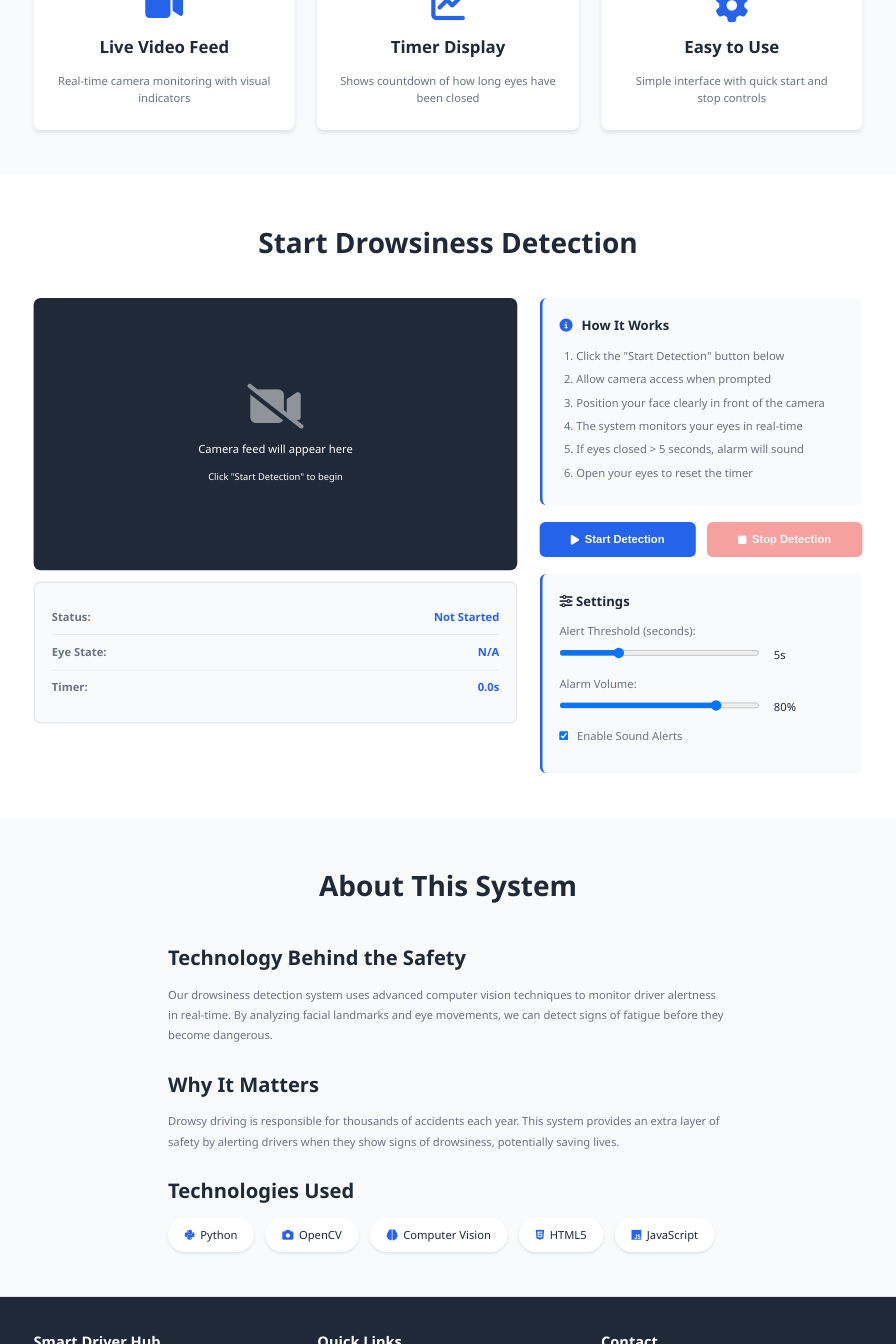
Repository: shravanramakunja/drowsy-detector
Page: web/index.html
The author's editor kept a copy of each file at every save. The page is drawn from the files as they stood at one save, then again after the next save.
The browser window is 1280 px wide. The pictures show the part of the page from y = 1034 to 2954 px (the page is 3192 px tall before and 3507 px after), at 70% of full size.

Above is the page before, as saved 2025-10-15 21:36:32.

### web/index.html
<!DOCTYPE html>
<html lang="en">
<head>
    <meta charset="UTF-8">
    <meta name="viewport" content="width=device-width, initial-scale=1.0">
    <title>Smart Driver Hub - Drowsiness Detection</title>
    <link rel="stylesheet" href="styles.css">
    <link rel="stylesheet" href="https://cdnjs.cloudflare.com/ajax/libs/font-awesome/6.4.0/css/all.min.css">
</head>
<body>
    <div class="container">
        <!-- Header -->
        <header class="header">
            <div class="logo">
                <i class="fas fa-car"></i>
                <h1>Smart Driver Hub</h1>
            </div>
            <nav class="nav">
                <a href="#home" class="nav-link active">Home</a>
                <a href="#features" class="nav-link">Features</a>
                <a href="#detection" class="nav-link">Detection</a>
                <a href="#about" class="nav-link">About</a>
            </nav>
        </header>

        <!-- Hero Section -->
        <section id="home" class="hero">
            <div class="hero-content">
                <h2 class="hero-title">Drive Safe, Stay Alert</h2>
                <p class="hero-subtitle">Real-time drowsiness detection system to keep you safe on the road</p>
                <div class="hero-stats">
                    <div class="stat">
                        <i class="fas fa-shield-alt"></i>
                        <h3>100%</h3>
                        <p>Safety First</p>
                    </div>
                    <div class="stat">
                        <i class="fas fa-clock"></i>
                        <h3>Real-time</h3>
                        <p>Detection</p>
                    </div>
                    <div class="stat">
                        <i class="fas fa-bell"></i>
                        <h3>Instant</h3>
                        <p>Alerts</p>
                    </div>
                </div>
            </div>
        </section>

        <!-- Features Section -->
        <section id="features" class="features">
            <h2 class="section-title">Key Features</h2>
            <div class="features-grid">
                <div class="feature-card">
                    <i class="fas fa-eye"></i>
                    <h3>Eye Tracking</h3>
                    <p>Advanced eye detection using OpenCV to monitor your alertness</p>
                </div>
                <div class="feature-card">
                    <i class="fas fa-stopwatch"></i>
                    <h3>5-Second Detection</h3>
                    <p>Triggers alarm if eyes are closed for more than 5 seconds</p>
                </div>
                <div class="feature-card">
                    <i class="fas fa-volume-up"></i>
                    <h3>Audio Alerts</h3>
                    <p>Loud alarm sound to wake you up immediately</p>
                </div>
                <div class="feature-card">
                    <i class="fas fa-video"></i>
                    <h3>Live Video Feed</h3>
                    <p>Real-time camera monitoring with visual indicators</p>
                </div>
                <div class="feature-card">
                    <i class="fas fa-chart-line"></i>
                    <h3>Timer Display</h3>
                    <p>Shows countdown of how long eyes have been closed</p>
                </div>
                <div class="feature-card">
                    <i class="fas fa-cog"></i>
                    <h3>Easy to Use</h3>
                    <p>Simple interface with quick start and stop controls</p>
                </div>
            </div>
        </section>

        <!-- Detection Section -->
        <section id="detection" class="detection">
            <h2 class="section-title">Start Drowsiness Detection</h2>
            <div class="detection-container">
                <div class="video-section">
                    <div class="video-placeholder" id="videoPlaceholder">
                        <i class="fas fa-video-slash"></i>
                        <p>Camera feed will appear here</p>
                        <small>Click "Start Detection" to begin</small>
                    </div>
                    <div class="status-panel">
                        <div class="status-item">
                            <span class="status-label">Status:</span>
                            <span class="status-value" id="statusValue">Not Started</span>
                        </div>
                        <div class="status-item">
                            <span class="status-label">Eye State:</span>
                            <span class="status-value" id="eyeState">N/A</span>
                        </div>
                        <div class="status-item">
                            <span class="status-label">Timer:</span>
                            <span class="status-value" id="timerValue">0.0s</span>
                        </div>
                    </div>
                </div>

                <div class="control-section">
                    <div class="info-box">
                        <h3><i class="fas fa-info-circle"></i> How It Works</h3>
                        <ol>
                            <li>Click the "Start Detection" button below</li>
                            <li>Allow camera access when prompted</li>
                            <li>Position your face clearly in front of the camera</li>
                            <li>The system monitors your eyes in real-time</li>
                            <li>If eyes closed &gt; 5 seconds, alarm will sound</li>
                            <li>Open your eyes to reset the timer</li>
                        </ol>
                    </div>

                    <div class="button-group">
                        <button class="btn btn-primary" id="startBtn" onclick="startDetection()">
                            <i class="fas fa-play"></i> Start Detection
                        </button>
                        <button class="btn btn-danger" id="stopBtn" onclick="stopDetection()" disabled>
                            <i class="fas fa-stop"></i> Stop Detection
                        </button>
                    </div>

                    <div class="settings-box">
                        <h3><i class="fas fa-sliders-h"></i> Settings</h3>
                        <div class="setting-item">
                            <label for="thresholdSlider">Alert Threshold (seconds):</label>
                            <input type="range" id="thresholdSlider" min="3" max="10" value="5" step="1">
                            <span id="thresholdValue">5</span>s
                        </div>
                        <div class="setting-item">
                            <label for="volumeSlider">Alarm Volume:</label>
                            <input type="range" id="volumeSlider" min="0" max="100" value="80" step="10">
                            <span id="volumeValue">80</span>%
                        </div>
                        <div class="setting-item">
                            <label>
                                <input type="checkbox" id="soundToggle" checked>
                                Enable Sound Alerts
                            </label>
                        </div>
                    </div>

                    <div class="alert-box" id="alertBox" style="display: none;">
                        <i class="fas fa-exclamation-triangle"></i>
                        <strong>DROWSINESS ALERT!</strong>
                        <p>Wake up! Your eyes have been closed too long.</p>
                    </div>
                </div>
            </div>
        </section>

        <!-- About Section -->
        <section id="about" class="about">
            <h2 class="section-title">About This System</h2>
            <div class="about-content">
                <div class="about-text">
                    <h3>Technology Behind the Safety</h3>
                    <p>Our drowsiness detection system uses advanced computer vision techniques to monitor driver alertness in real-time. By analyzing facial landmarks and eye movements, we can detect signs of fatigue before they become dangerous.</p>

                    <h3>Why It Matters</h3>
                    <p>Drowsy driving is responsible for thousands of accidents each year. This system provides an extra layer of safety by alerting drivers when they show signs of drowsiness, potentially saving lives.</p>

                    <h3>Technologies Used</h3>
                    <ul class="tech-list">
                        <li><i class="fab fa-python"></i> Python</li>
                        <li><i class="fas fa-camera"></i> OpenCV</li>
                        <li><i class="fas fa-brain"></i> Computer Vision</li>
                        <li><i class="fab fa-html5"></i> HTML5</li>
                        <li><i class="fab fa-js"></i> JavaScript</li>
                    </ul>
                </div>
            </div>
        </section>

        <!-- Footer -->
        <footer class="footer">
            <div class="footer-content">
                <div class="footer-section">
                    <h4>Smart Driver Hub</h4>
                    <p>Keeping drivers safe with intelligent monitoring</p>
                </div>
                <div class="footer-section">
                    <h4>Quick Links</h4>
                    <a href="#home">Home</a>
                    <a href="#features">Features</a>
                    <a href="#detection">Detection</a>
                </div>
                <div class="footer-section">
                    <h4>Contact</h4>
                    <p><i class="fas fa-envelope"></i> info@smartdriverhub.com</p>
                    <p><i class="fas fa-phone"></i> +1 234 567 8900</p>
                </div>
            </div>
            <div class="footer-bottom">
                <p>&copy; 2025 Smart Driver Hub. All rights reserved.</p>
            </div>
        </footer>
    </div>

    <script src="script.js"></script>
</body>
</html>

### web/styles.css
* {
    margin: 0;
    padding: 0;
    box-sizing: border-box;
}

:root {
    --primary-color: #2563eb;
    --secondary-color: #1e40af;
    --success-color: #10b981;
    --danger-color: #ef4444;
    --warning-color: #f59e0b;
    --dark: #1f2937;
    --light: #f9fafb;
    --gray: #6b7280;
    --border: #e5e7eb;
}

body {
    font-family: 'Segoe UI', Tahoma, Geneva, Verdana, sans-serif;
    line-height: 1.6;
    color: var(--dark);
    background: linear-gradient(135deg, #667eea 0%, #764ba2 100%);
    min-height: 100vh;
}

.container {
    max-width: 1400px;
    margin: 0 auto;
    background: white;
    box-shadow: 0 20px 60px rgba(0,0,0,0.3);
}

/* Header */
.header {
    display: flex;
    justify-content: space-between;
    align-items: center;
    padding: 1.5rem 3rem;
    background: linear-gradient(135deg, var(--primary-color), var(--secondary-color));
    color: white;
    box-shadow: 0 4px 6px rgba(0,0,0,0.1);
}

.logo {
    display: flex;
    align-items: center;
    gap: 1rem;
}

.logo i {
    font-size: 2rem;
}

.logo h1 {
    font-size: 1.8rem;
    font-weight: 700;
}

.nav {
    display: flex;
    gap: 2rem;
}

.nav-link {
    color: white;
    text-decoration: none;
    font-weight: 500;
    transition: all 0.3s;
    padding: 0.5rem 1rem;
    border-radius: 5px;
}

.nav-link:hover,
.nav-link.active {
    background: rgba(255,255,255,0.2);
}

/* Hero Section */
.hero {
    padding: 4rem 3rem;
    background: linear-gradient(135deg, #667eea 0%, #764ba2 100%);
    color: white;
    text-align: center;
}

.hero-title {
    font-size: 3rem;
    margin-bottom: 1rem;
    font-weight: 800;
}

.hero-subtitle {
    font-size: 1.3rem;
    margin-bottom: 3rem;
    opacity: 0.9;
}

.hero-stats {
    display: flex;
    justify-content: center;
    gap: 4rem;
    flex-wrap: wrap;
}

.stat {
    text-align: center;
}

.stat i {
    font-size: 3rem;
    margin-bottom: 1rem;
}

.stat h3 {
    font-size: 2rem;
    margin-bottom: 0.5rem;
}

/* Section Styles */
.section-title {
    text-align: center;
    font-size: 2.5rem;
    margin-bottom: 3rem;
    color: var(--dark);
    font-weight: 700;
}

/* Features Section */
.features {
    padding: 4rem 3rem;
    background: var(--light);
}

.features-grid {
    display: grid;
    grid-template-columns: repeat(auto-fit, minmax(300px, 1fr));
    gap: 2rem;
}

.feature-card {
    background: white;
    padding: 2rem;
    border-radius: 10px;
    box-shadow: 0 4px 6px rgba(0,0,0,0.1);
    transition: transform 0.3s, box-shadow 0.3s;
    text-align: center;
}

.feature-card:hover {
    transform: translateY(-5px);
    box-shadow: 0 10px 20px rgba(0,0,0,0.15);
}

.feature-card i {
    font-size: 3rem;
    color: var(--primary-color);
    margin-bottom: 1rem;
}

.feature-card h3 {
    font-size: 1.5rem;
    margin-bottom: 1rem;
    color: var(--dark);
}

.feature-card p {
    color: var(--gray);
}

/* Detection Section */
.detection {
    padding: 4rem 3rem;
    background: white;
}

.detection-container {
    display: grid;
    grid-template-columns: 1.5fr 1fr;
    gap: 2rem;
}

.video-section {
    display: flex;
    flex-direction: column;
    gap: 1rem;
}

.video-placeholder {
    background: var(--dark);
    color: white;
    aspect-ratio: 16/9;
    border-radius: 10px;
    display: flex;
    flex-direction: column;
    justify-content: center;
    align-items: center;
    gap: 1rem;
    padding: 2rem;
}

.video-placeholder i {
    font-size: 4rem;
    opacity: 0.5;
}

.status-panel {
    background: var(--light);
    padding: 1.5rem;
    border-radius: 10px;
    border: 2px solid var(--border);
}

.status-item {
    display: flex;
    justify-content: space-between;
    padding: 0.75rem 0;
    border-bottom: 1px solid var(--border);
}

.status-item:last-child {
    border-bottom: none;
}

.status-label {
    font-weight: 600;
    color: var(--gray);
}

.status-value {
    font-weight: 700;
    color: var(--primary-color);
}

.control-section {
    display: flex;
    flex-direction: column;
    gap: 1.5rem;
}

.info-box,
.settings-box {
    background: var(--light);
    padding: 1.5rem;
    border-radius: 10px;
    border-left: 4px solid var(--primary-color);
}

.info-box h3,
.settings-box h3 {
    margin-bottom: 1rem;
    color: var(--dark);
}

.info-box i {
    color: var(--primary-color);
    margin-right: 0.5rem;
}

.info-box ol {
    padding-left: 1.5rem;
}

.info-box li {
    margin-bottom: 0.5rem;
    color: var(--gray);
}

.button-group {
    display: flex;
    gap: 1rem;
}

.btn {
    flex: 1;
    padding: 1rem 2rem;
    border: none;
    border-radius: 8px;
    font-size: 1rem;
    font-weight: 600;
    cursor: pointer;
    transition: all 0.3s;
    display: flex;
    align-items: center;
    justify-content: center;
    gap: 0.5rem;
}

.btn:disabled {
    opacity: 0.5;
    cursor: not-allowed;
}

.btn-primary {
    background: var(--primary-color);
    color: white;
}

.btn-primary:hover:not(:disabled) {
    background: var(--secondary-color);
    transform: translateY(-2px);
    box-shadow: 0 4px 8px rgba(0,0,0,0.2);
}

.btn-danger {
    background: var(--danger-color);
    color: white;
}

.btn-danger:hover:not(:disabled) {
    background: #dc2626;
    transform: translateY(-2px);
    box-shadow: 0 4px 8px rgba(0,0,0,0.2);
}

.setting-item {
    margin-bottom: 1rem;
}

.setting-item label {
    display: block;
    margin-bottom: 0.5rem;
    color: var(--gray);
    font-weight: 500;
}

.setting-item input[type="range"] {
    width: 70%;
    margin-right: 1rem;
}

.setting-item input[type="checkbox"] {
    margin-right: 0.5rem;
}

.alert-box {
    background: var(--danger-color);
    color: white;
    padding: 1.5rem;
    border-radius: 10px;
    text-align: center;
    animation: pulse 1s infinite;
}

.alert-box i {
    font-size: 2rem;
    display: block;
    margin-bottom: 0.5rem;
}

@keyframes pulse {
    0%, 100% { opacity: 1; }
    50% { opacity: 0.7; }
}

/* About Section */
.about {
    padding: 4rem 3rem;
    background: var(--light);
}

.about-content {
    max-width: 800px;
    margin: 0 auto;
}

.about-text h3 {
    color: var(--dark);
    margin: 2rem 0 1rem;
    font-size: 1.8rem;
}

.about-text p {
    color: var(--gray);
    margin-bottom: 1.5rem;
    line-height: 1.8;
}

.tech-list {
    list-style: none;
    display: flex;
    flex-wrap: wrap;
    gap: 1rem;
}

.tech-list li {
    background: white;
    padding: 0.75rem 1.5rem;
    border-radius: 25px;
    box-shadow: 0 2px 4px rgba(0,0,0,0.1);
    display: flex;
    align-items: center;
    gap: 0.5rem;
}

.tech-list i {
    color: var(--primary-color);
}

/* Footer */
.footer {
    background: var(--dark);
    color: white;
    padding: 3rem 3rem 1rem;
}

.footer-content {
    display: grid;
    grid-template-columns: repeat(auto-fit, minmax(250px, 1fr));
    gap: 2rem;
    margin-bottom: 2rem;
}

.footer-section h4 {
    margin-bottom: 1rem;
    font-size: 1.3rem;
}

.footer-section a {
    display: block;
    color: rgba(255,255,255,0.7);
    text-decoration: none;
    margin-bottom: 0.5rem;
    transition: color 0.3s;
}

.footer-section a:hover {
    color: white;
}

.footer-section p {
    color: rgba(255,255,255,0.7);
    margin-bottom: 0.5rem;
}

.footer-section i {
    margin-right: 0.5rem;
}

.footer-bottom {
    text-align: center;
    padding-top: 2rem;
    border-top: 1px solid rgba(255,255,255,0.1);
    color: rgba(255,255,255,0.5);
}

/* Responsive Design */
@media (max-width: 768px) {
    .header {
        flex-direction: column;
        gap: 1rem;
    }

    .nav {
        flex-wrap: wrap;
        justify-content: center;
    }

    .hero-title {
        font-size: 2rem;
    }

    .detection-container {
        grid-template-columns: 1fr;
    }

    .button-group {
        flex-direction: column;
    }
}

Loaded but not shown: web/script.js (207 lines, source omitted)

After the next save:
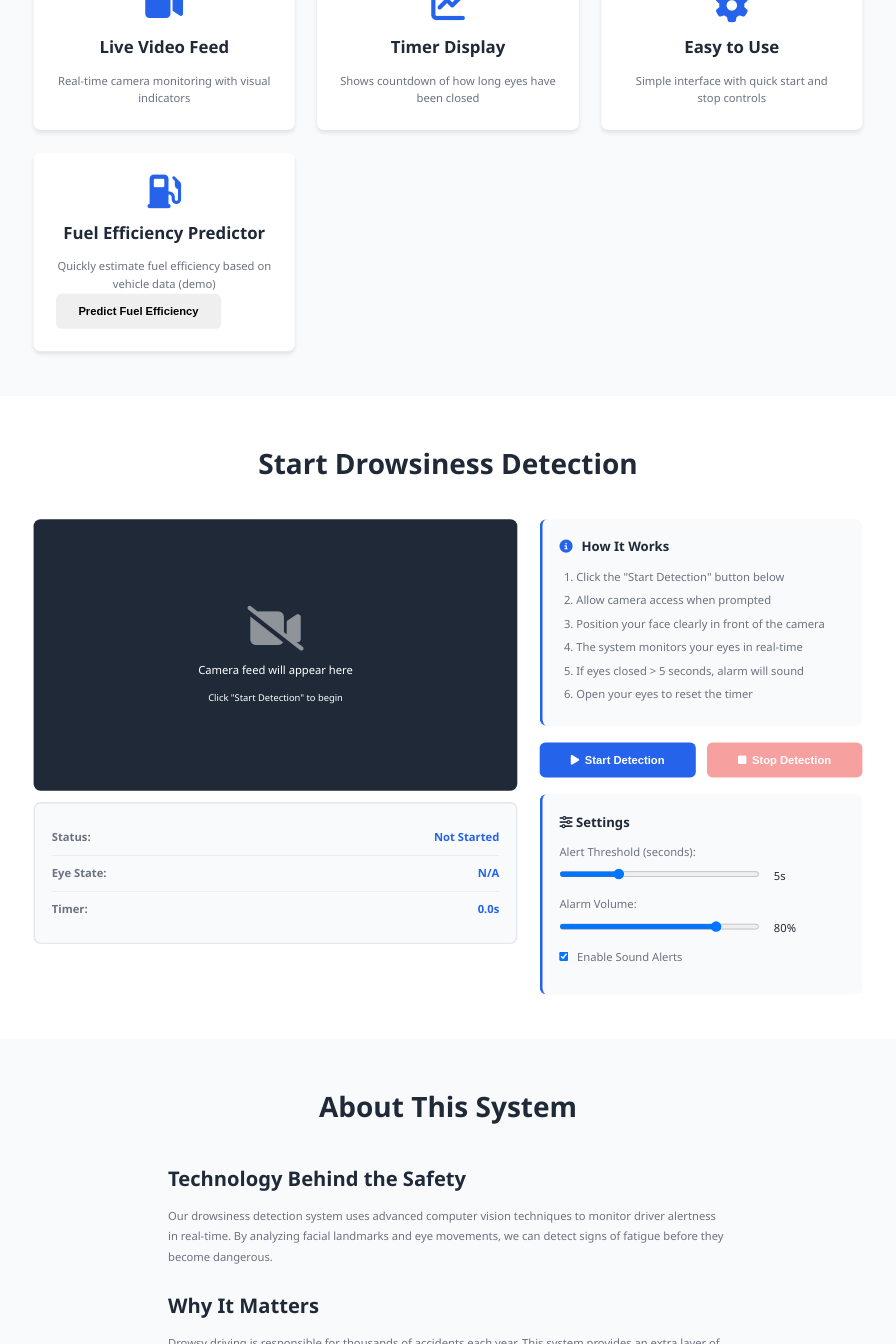
Saved 68 min 49 s later.
--- a/web/index.html
+++ b/web/index.html
@@ -82,6 +82,13 @@
                     <h3>Easy to Use</h3>
                     <p>Simple interface with quick start and stop controls</p>
                 </div>
+                <!-- Fuel efficiency quick card -->
+                <div class="feature-card">
+                    <i class="fas fa-gas-pump"></i>
+                    <h3>Fuel Efficiency Predictor</h3>
+                    <p>Quickly estimate fuel efficiency based on vehicle data (demo)</p>
+                    <button class="btn btn-secondary" id="predictBtn" onclick="openFuelModal()">Predict Fuel Efficiency</button>
+                </div>
             </div>
         </section>
 
